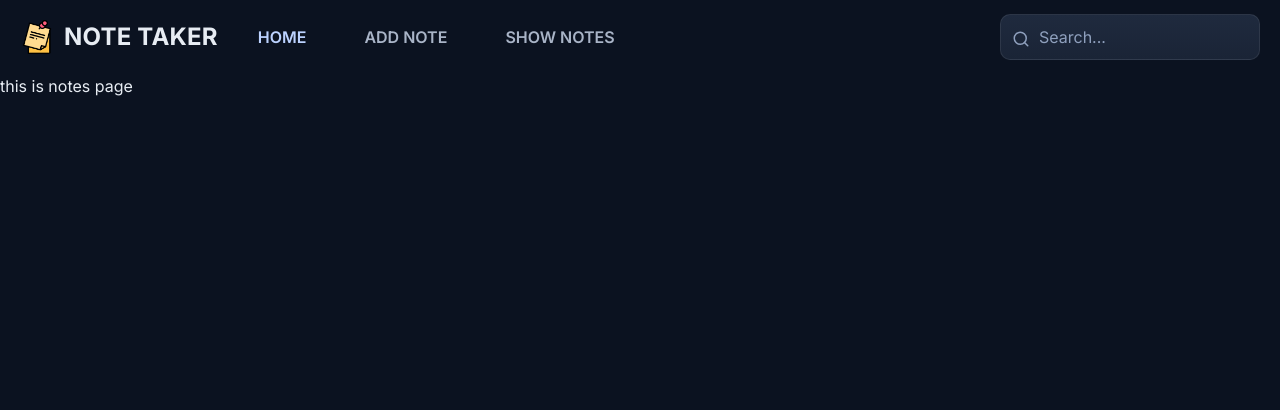
Repository: DEBDEEPTA/NOTE-TAKER
Page: http://localhost/NoteTaker/addnotes.jsp
An editor plug-in stored every save of this project. The page is shown before and after the next save, followed by the edit.
The browser window is 1280 px wide. The pictures show the whole page.
The page is served by Tomcat 9. Other server files are loaded and not shown.

Above is the page before, as saved 2025-10-02 14:35:40.

### NoteTaker/src/main/webapp/addnotes.jsp
<%@ page language="java" contentType="text/html; charset=UTF-8"
    pageEncoding="UTF-8"%>
<!DOCTYPE html>
<html>
<head>
<meta charset="UTF-8">

<meta name="viewport" content="width=device-width, initial-scale=1, shrink-to-fit=no">

    <!-- Bootstrap CSS -->
 <link rel="stylesheet" href="https://cdn.jsdelivr.net/npm/bootstrap@4.4.1/dist/css/bootstrap.min.css" integrity="sha384-Vkoo8x4CGsO3+Hhxv8T/Q5PaXtkKtu6ug5TOeNV6gBiFeWPGFN9MuhOf23Q9Ifjh" crossorigin="anonymous">

<title>ADD_NOTES</title>

</head>
<body>

	 <div class="navContainer">
   		<%@include file ="navbar.jsp"%>
   	</div>


   	<p>this is notes page</p>
</body>
</html>

### NoteTaker/src/main/webapp/navbar.jsp
<%@ page language="java" contentType="text/html; charset=UTF-8"
    pageEncoding="UTF-8"%>
<!DOCTYPE html>
<html>
<head>
<meta charset="UTF-8">
<meta name="viewport" content="width=device-width, initial-scale=1.0">

<title>NAVBAR</title>

 <link rel="stylesheet" href="./css/navbar.css">
 <link rel="preconnect" href="https://fonts.googleapis.com">
 <link rel="preconnect" href="https://fonts.gstatic.com" crossorigin>
 <link href="https://fonts.googleapis.com/css2?family=Inter:wght@400;500;600;700&display=swap" rel="stylesheet">
</head>



<body>
  <header class="site-header">
    <nav class="navbar" aria-label="Main navigation">
      <span class="brand" aria-label="Flowbite home">
        <img class="brand-logo" src="media/sticky-notes.png" alt="Note Taker logo" />
        <span class="brand-text">NOTE TAKER</span>
      </span>

      <button class="menu-toggle" aria-label="Open menu" aria-expanded="false" aria-controls="mobile-menu">
        <svg viewBox="0 0 24 24" width="24" height="24" fill="none" stroke="currentColor" stroke-width="2" stroke-linecap="round" stroke-linejoin="round" aria-hidden="true">
          <line x1="3" y1="6" x2="21" y2="6"></line>
          <line x1="3" y1="12" x2="21" y2="12"></line>
          <line x1="3" y1="18" x2="21" y2="18"></line>
        </svg>
      </button>


      <ul class="nav-links" role="list">
        <li><a class="nav-link active" href="index.jsp">HOME</a></li>
        <li><a class="nav-link" href="addnotes.jsp">ADD NOTE</a></li>
        <li><a class="nav-link" href="#services">SHOW NOTES</a></li>
      </ul>


      <form class="search" role="search" aria-label="Site">
        <span class="search-icon" aria-hidden="true">
          <svg viewBox="0 0 24 24" width="18" height="18" fill="none" stroke="currentColor" stroke-width="2" stroke-linecap="round" stroke-linejoin="round" aria-hidden="true">
            <circle cx="11" cy="11" r="8"></circle>
            <line x1="21" y1="21" x2="16.65" y2="16.65"></line>
          </svg>
        </span>
        <input class="search-input" type="search" placeholder="Search..." aria-label="Search" />
      </form>
    </nav>
  </header>
  <ul id="mobile-menu" class="mobile-menu" role="list" hidden>
    <li><a class="nav-link active" href="#">HOME</a></li>
    <li><a class="nav-link" href="#about">ADD NOTE</a></li>
    <li><a class="nav-link" href="#services">SHOW NOTES</a></li>
  </ul>
  <script>
  (function(){
    var toggle = document.querySelector('.menu-toggle');
    var menu = document.getElementById('mobile-menu');
    if(!toggle || !menu) return;
    toggle.addEventListener('click', function(){
      var isOpen = toggle.getAttribute('aria-expanded') === 'true';
      toggle.setAttribute('aria-expanded', String(!isOpen));
      menu.hidden = isOpen;
    });
    // Close menu when clicking a link
    menu.addEventListener('click', function(e){
      var target = e.target;
      if(target && target.tagName === 'A'){
        toggle.setAttribute('aria-expanded','false');
        menu.hidden = true;
      }
    });
  })();
  </script>
</body>


</html>

### NoteTaker/src/main/webapp/css/navbar.css
:root{
  --bg:#0b1220;
  --panel:#1b2537;
  --panel-press:#223049;
  --text:#e7ecf3;
  --muted:#a9b4c7;
  --brand-start:#4f46e5;
  --brand-end:#06b6d4;
  --ring:rgba(99,102,241,.4);
}

*{box-sizing:border-box}
html,body{height:100%}
body{
  margin:0;
  font-family:"Inter",system-ui,-apple-system,Segoe UI,Roboto,Helvetica,Arial,sans-serif;
  background:var(--bg);
  color:var(--text);
}

.site-header{position:sticky;top:0;z-index:10;background:var(--bg)}

.navbar{
  display:flex;
  align-items:center;
  gap:24px;
  padding:14px 20px;
  max-width:100%;
  margin:0 auto;
}

.brand{display:flex;align-items:center;gap:10px;text-decoration:none;color:var(--text)}
.brand-text{font-size:24px;font-weight:700;letter-spacing:.2px}
/* sticky note image logo */
.brand-logo{width:34px;height:34px;display:inline-block;object-fit:contain;border-radius:6px}


/* hamburger button (hidden by default) */
.menu-toggle{display:none;margin-left:auto;background:none;border:0;color:var(--text);padding:8px;border-radius:8px;cursor:pointer}
.menu-toggle:hover{background:var(--panel)}
.menu-toggle:active{background:var(--panel-press)}

/* mobile dropdown menu */
.mobile-menu{list-style:none;margin:8px 20px 0;padding:8px;border:1px solid rgba(255,255,255,.08);background:linear-gradient(180deg,#1f2a3e,#1a2436);border-radius:12px;max-width:1200px}
.mobile-menu li + li{border-top:1px solid rgba(255,255,255,.06)}
.mobile-menu .nav-link{display:block;padding:12px 10px}


.nav-links{display:flex;align-items:center;gap:26px;list-style:none;margin:0;padding:0}
.nav-link{color:var(--muted);text-decoration:none;font-weight:600}
.nav-link:hover{color:var(--text)}
.nav-link.active{color:#bcd2ff}

.search{margin-left:auto;position:relative;display:flex;align-items:center}
.search-icon{position:absolute;left:12px;color:#8fa0bd}
.search-input{
  width:260px;
  padding:10px 12px 10px 38px;
  border-radius:10px;
  background:linear-gradient(180deg,#1f2a3e,#1a2436);
  border:1px solid rgba(255,255,255,.08);
  color:var(--text);
  outline:none;
  transition:box-shadow .15s ease, background-color .15s ease, border-color .15s ease;
}
.search-input::placeholder{color:#8fa0bd}
.search-input:focus{box-shadow:0 0 0 3px var(--ring);border-color:#6b79ff}
.search-input:hover{background:var(--panel)}
.search-input:active{background:var(--panel-press)}

/* responsiveness */
@media (max-width:720px){
  .navbar{gap:16px}
  .nav-links{display:none}
  .search-input{width:180px}
  .menu-toggle{display:inline-flex;align-items:center;justify-content:center}
}

After the next save:
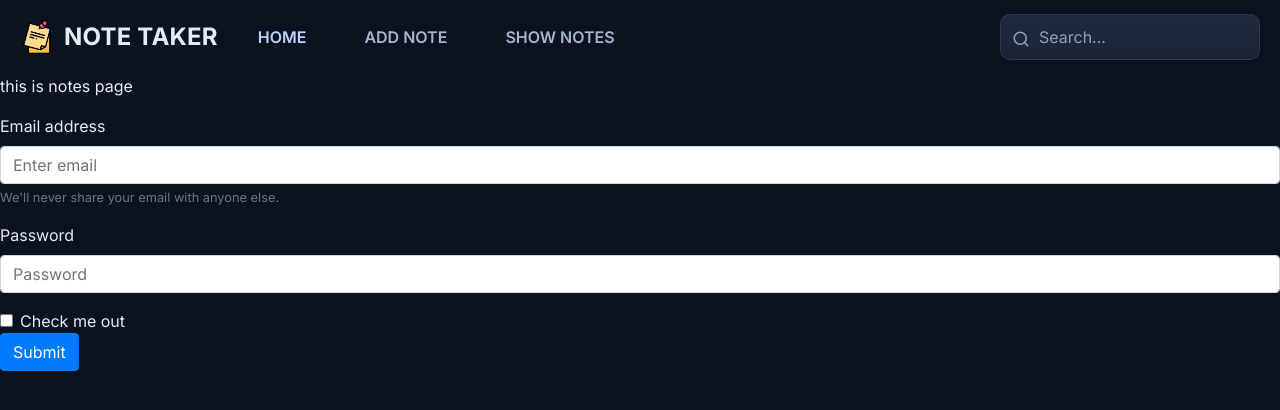
Saved 9 min 29 s later.
--- a/NoteTaker/src/main/webapp/addnotes.jsp
+++ b/NoteTaker/src/main/webapp/addnotes.jsp
@@ -21,5 +21,25 @@
 
 
    	<p>this is notes page</p>
+
+   <!-- NOTE FORM -->
+
+   <form>
+  <div class="form-group">
+    <label for="exampleInputEmail1">Email address</label>
+    <input type="email" class="form-control" id="exampleInputEmail1" aria-describedby="emailHelp" placeholder="Enter email">
+    <small id="emailHelp" class="form-text text-muted">We'll never share your email with anyone else.</small>
+  </div>
+  <div class="form-group">
+    <label for="exampleInputPassword1">Password</label>
+    <input type="password" class="form-control" id="exampleInputPassword1" placeholder="Password">
+  </div>
+  <div class="form-check">
+    <input type="checkbox" class="form-check-input" id="exampleCheck1">
+    <label class="form-check-label" for="exampleCheck1">Check me out</label>
+  </div>
+  <button type="submit" class="btn btn-primary">Submit</button>
+</form>
+
 </body>
 </html>
